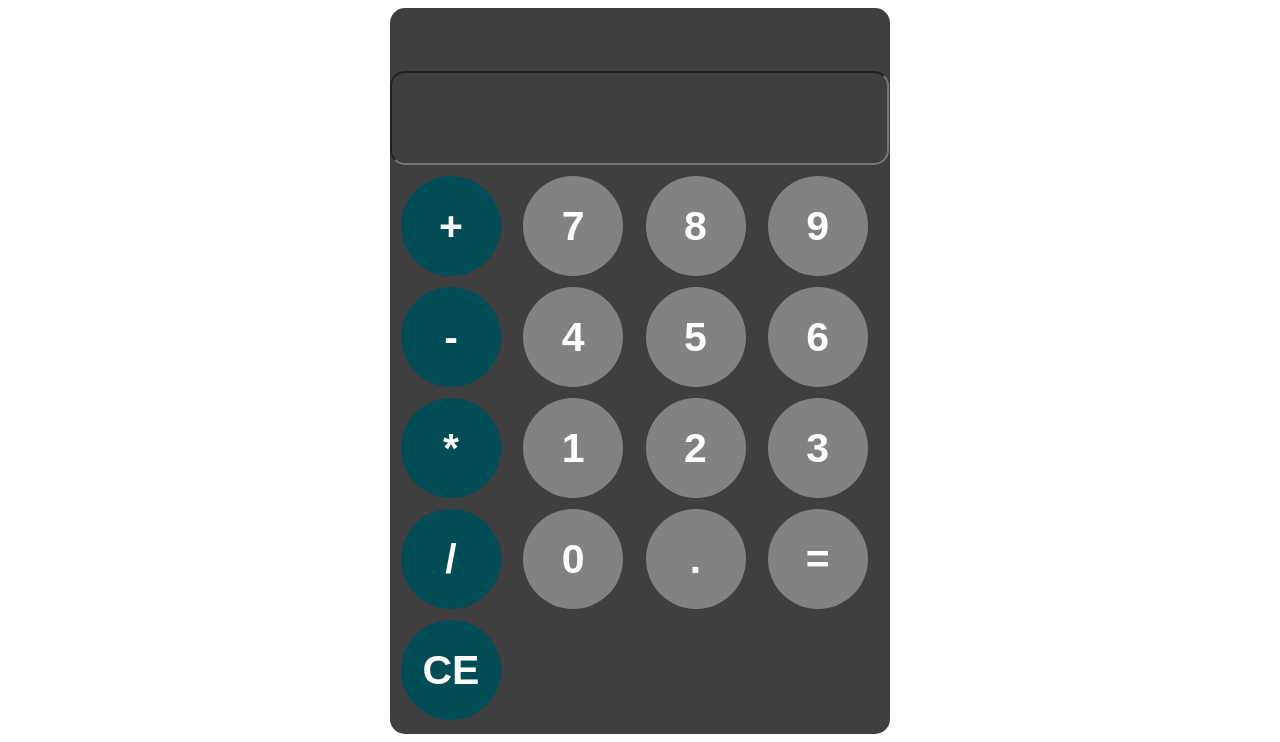
Repository: rkrukshan/JS-Calculator
Page: index.html
An editor plug-in stored every save of this project. The page is shown before and after the next save, followed by the edit.
The browser window is 1280 px wide. The pictures show the whole page.

Above is the page before, as saved 2024-09-02 14:16:37.

After the next save:
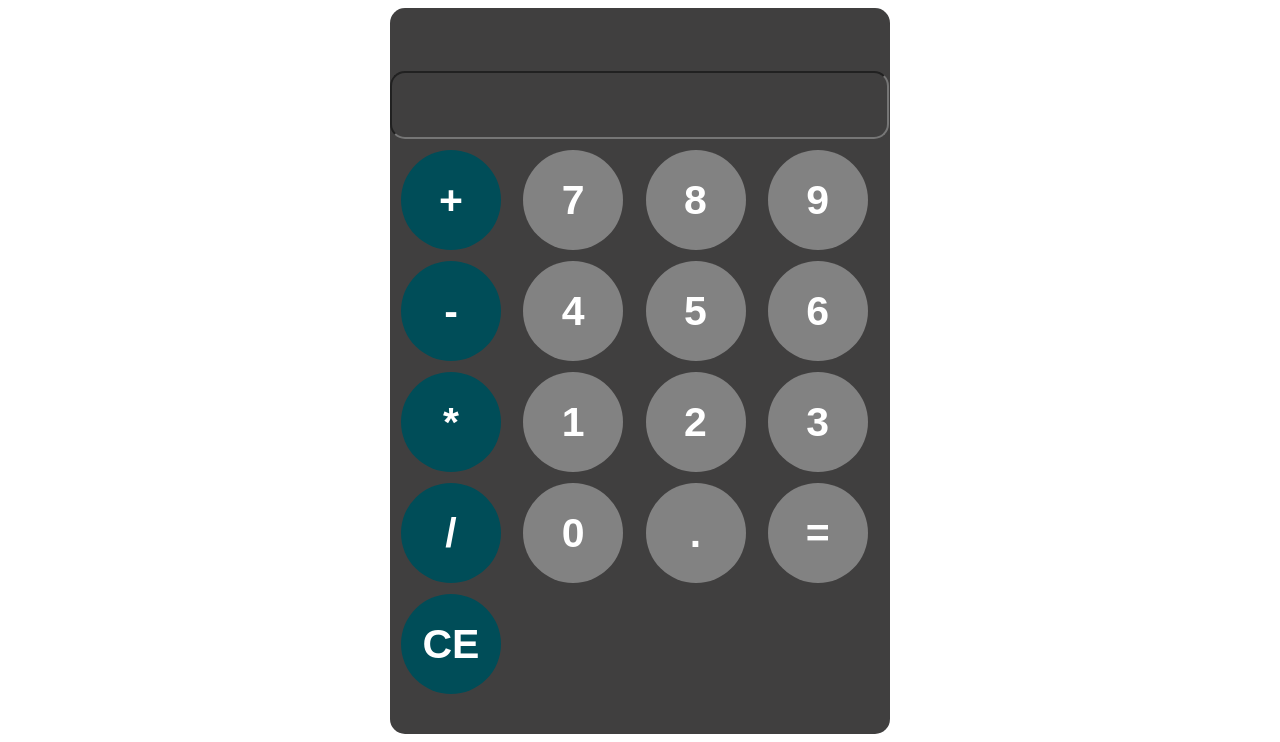
Saved 33 s later.
--- a/style.css
+++ b/style.css
@@ -13,7 +13,7 @@
 }
 #screen {
   width: 97%;
-  height: 15%;
+  max-height: 15%;
   color: white;
   font-size: 55px;
   border-radius: 15px;
